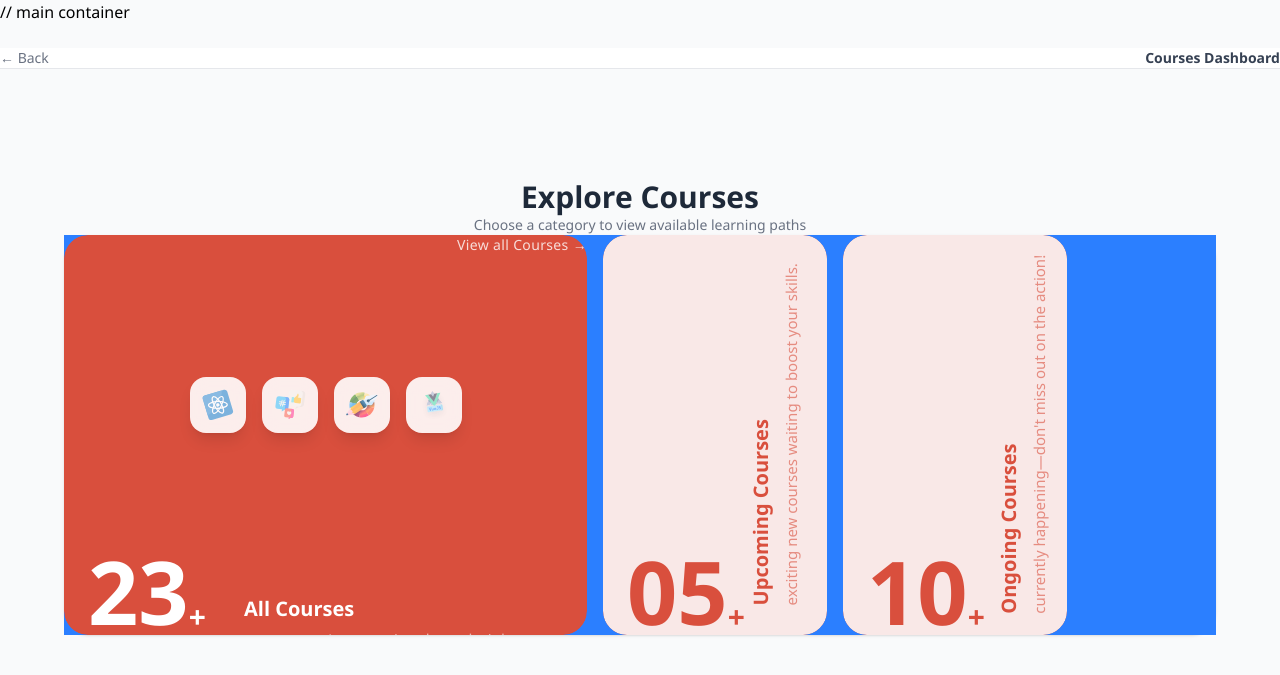
Repository: RahulRajKhadka/nextjs-dashboard-app
Page: /task2
An editor plug-in stored every save of this project. The page is shown before and after the next save, followed by the edit.
The browser window is 1280 px wide. The pictures show the whole page.
The project was rebuilt for these pictures with package versions that can differ from the ones it lists, and the page was loaded fresh each time. The framework's server and built-in components were replaced by stand-ins that run in the browser. Also part of the build but not shown: next.config.ts.

Above is the page before, as saved 2026-04-10 15:52:13.

After the next save:
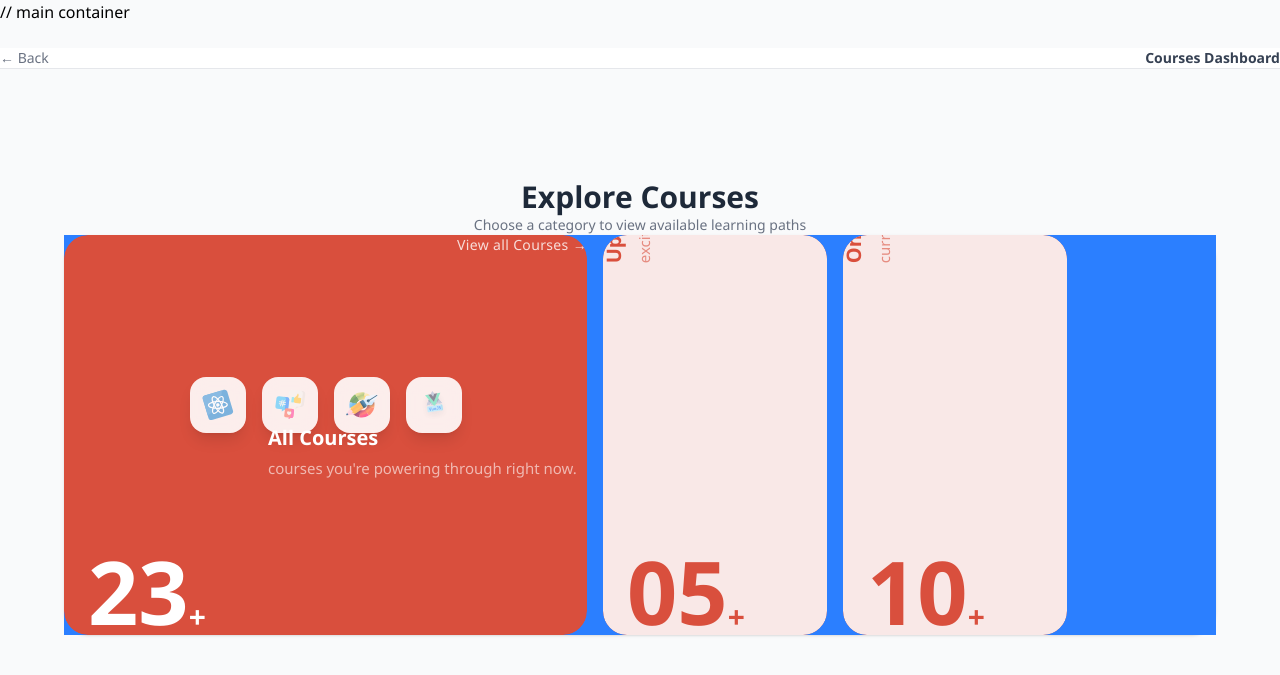
Saved 4 min 26 s later.
--- a/src/components/task2/CourseCard.tsx
+++ b/src/components/task2/CourseCard.tsx
@@ -160,42 +160,46 @@ export default function CourseCard({
         }}
       />
 
-      {/* NUMBER — always bottom-left */}
-      <div className="absolute bottom-0 left-6 z-[3] flex items-end p-4 pointer-events-none">
-        <div ref={numberRef} className="flex items-end" style={{ color: course.textColor }}>
-          <span
-            className="font-black leading-none"
-            style={{
-              fontSize: "clamp(3.5rem,7vw,5.5rem)",
-              color: "inherit",
-            }}
-          >
-            {String(course.count).padStart(2, "0")}
-          </span>
-          <span className="font-black text-3xl mb-2 ml-1" style={{ color: "inherit" }}>
-            +
-          </span>
-        </div>
-      </div>
-
-      {/* SINGLE LABEL — starts centered, rotates and moves on expand */}
-      <div className="absolute  inset-0 z-[4] right-[100px] flex items-center  pointer-events-none">
-        <div
-          ref={collapsedLabelRef}
-          className="flex flex-col gap-1"
-          style={{
-            transform: "rotate(-90deg)",
-            color: course.textColor,
-          }}
-        >
-          <span className="font-bold text-[20px] whitespace-nowrap" style={{ color: "inherit" }}>
-            {course.label}
-          </span>
-          <p className="text-[15px] opacity-60 whitespace-nowrap" style={{ color: "inherit" }}>
-            {course.sublabel}
-          </p>
-        </div>
-      </div>
+ <div className="absolute bottom-0 left-6 z-[3] flex flex-col justify-between h-full p-4 pointer-events-none">
+
+  {/* 🔹 TOP → Rotated Label */}
+  <div
+    ref={collapsedLabelRef}
+    className="flex flex-col gap-1 origin-left"
+    style={{
+      transform: "rotate(-90deg)",
+      color: course.textColor,
+    }}
+  >
+    <span className="font-bold text-[20px] whitespace-nowrap">
+      {course.label}
+    </span>
+    <p className="text-[15px] opacity-60 whitespace-nowrap">
+      {course.sublabel}
+    </p>
+  </div>
+
+  {/* 🔹 BOTTOM → Number */}
+  <div
+    ref={numberRef}
+    className="flex items-end"
+    style={{ color: course.textColor }}
+  >
+    <span
+      className="font-black leading-none"
+      style={{
+        fontSize: "clamp(3.5rem,7vw,5.5rem)",
+        color: "inherit",
+      }}
+    >
+      {String(course.count).padStart(2, "0")}
+    </span>
+    <span className="font-black text-3xl mb-2 ml-1">
+      +
+    </span>
+  </div>
+
+</div>
 
       {/* EXPANDED VIEW — topbar + icons only */}
       <div
